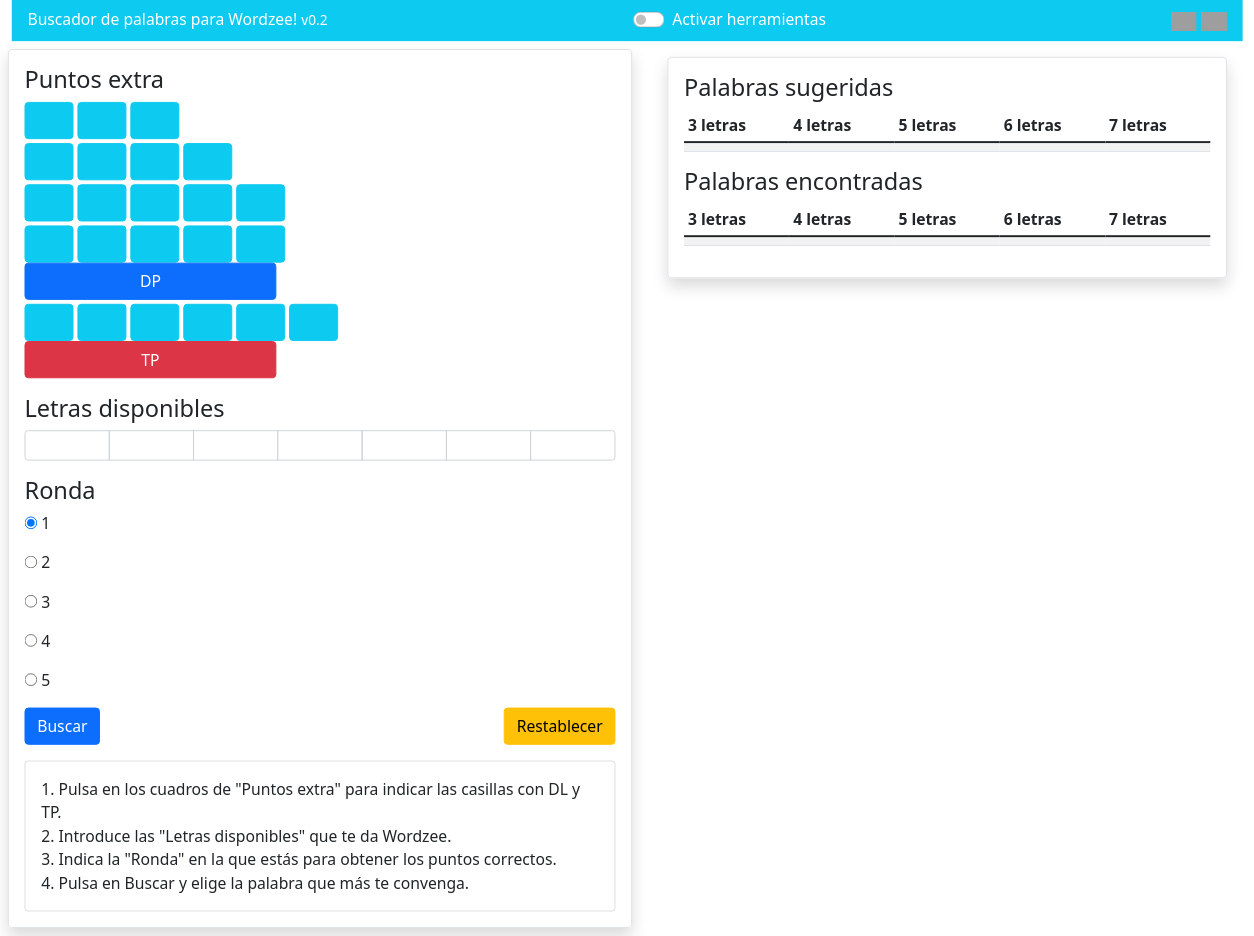
Repository: angelcafe/wordzee-bp_javascript
Page: index.html
These files come from the project's save history. The page is drawn as it stood at one moment and after the next save; the edit follows.
The browser window is 1280 px wide. The pictures show the whole page, at 98% of full size.
Pictures or frames that could not be fetched are drawn as grey boxes.

Above is the page before, as saved 2021-10-22 22:35:15.

After the next save:
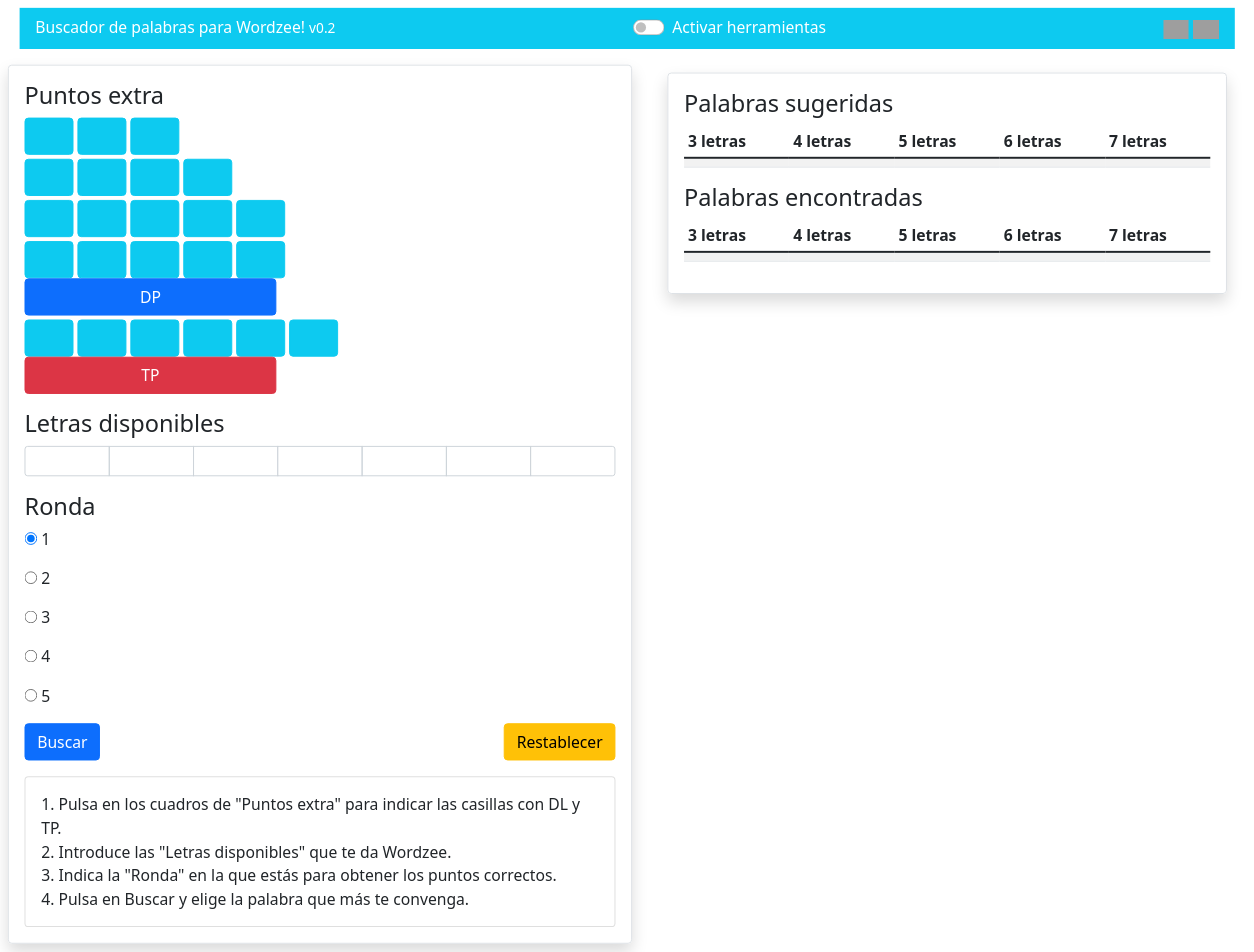
Saved 32 s later.
--- a/index.html
+++ b/index.html
@@ -18,7 +18,7 @@
 <body>
     <div class="container-fluid">
         <!-- Cabecera -->
-        <nav class="nav d-flex justify-content-between bg-info">
+        <nav class="nav d-flex justify-content-between bg-info m-2">
             <li class="nav-item">
                 <span class="nav-link text-white">Buscador de palabras para Wordzee! <small>v0.2</small></span>
             </li>

After the save that followed:
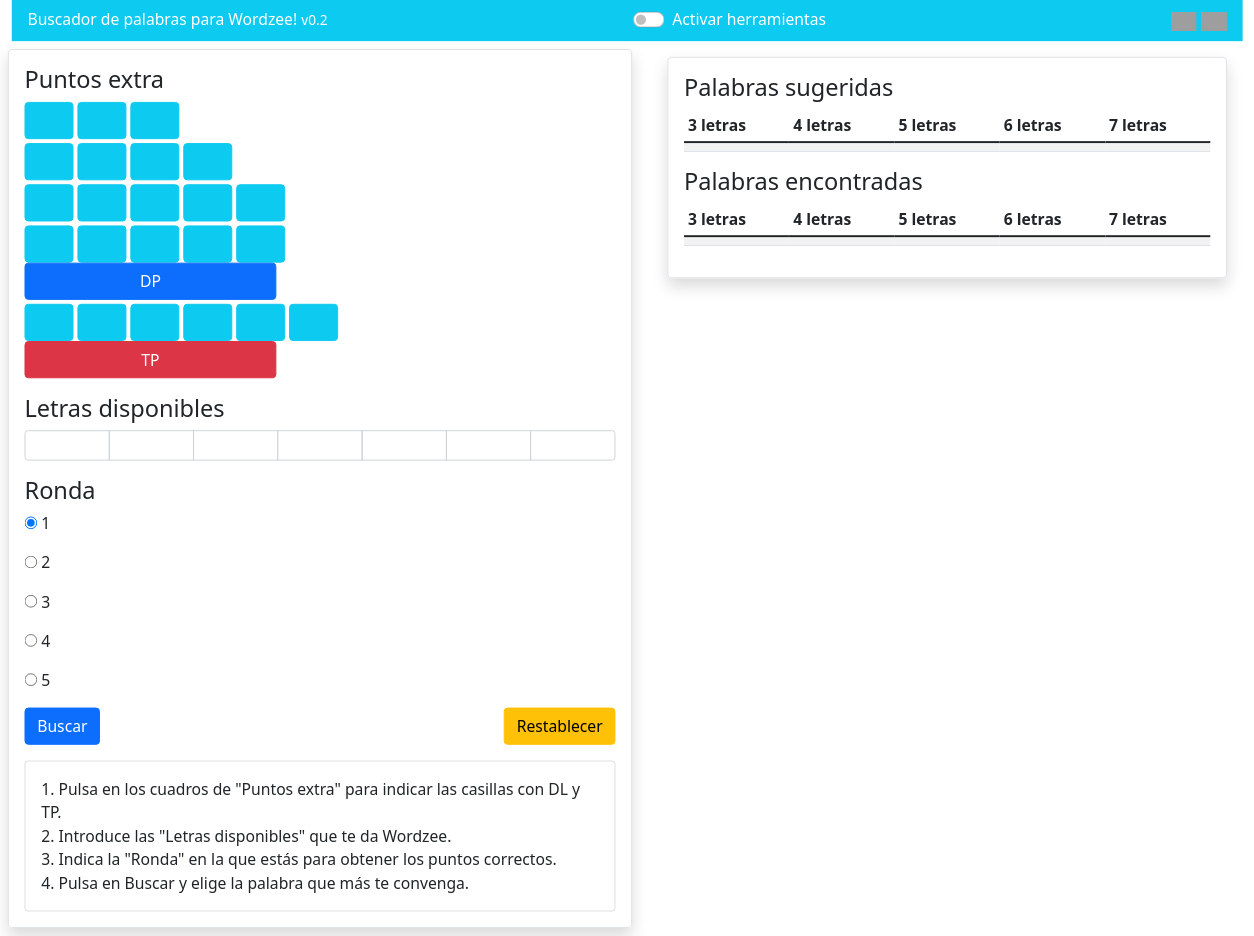
Saved 4 s later.
--- a/index.html
+++ b/index.html
@@ -18,7 +18,7 @@
 <body>
     <div class="container-fluid">
         <!-- Cabecera -->
-        <nav class="nav d-flex justify-content-between bg-info m-2">
+        <nav class="nav d-flex justify-content-between bg-info m-0">
             <li class="nav-item">
                 <span class="nav-link text-white">Buscador de palabras para Wordzee! <small>v0.2</small></span>
             </li>
